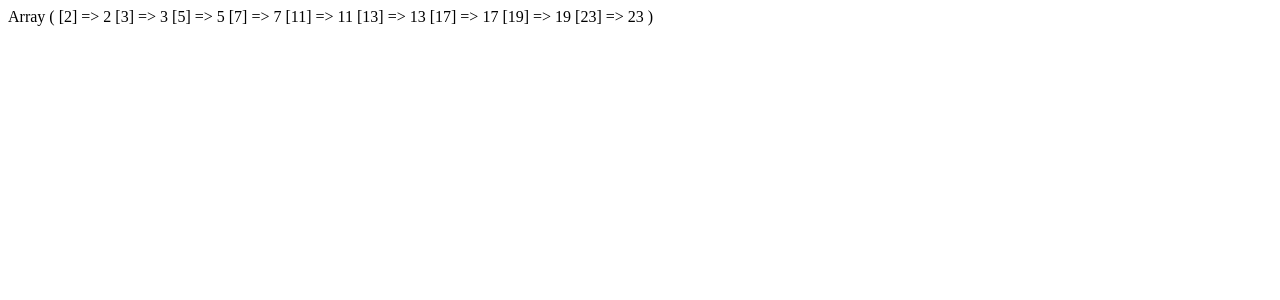
Repository: dklinger/Studium
Page: http://localhost/Primzahl.php
These files come from the project's save history. The page is drawn as it stood at one moment and after the next save; the edit follows.
The browser window is 1280 px wide. The pictures show the whole page.
The page is run by PHP 8.4 with error messages shown; the project is at /var/www/html/.

Above is the page before, as saved 2014-05-22 17:14:56.

After the next save:
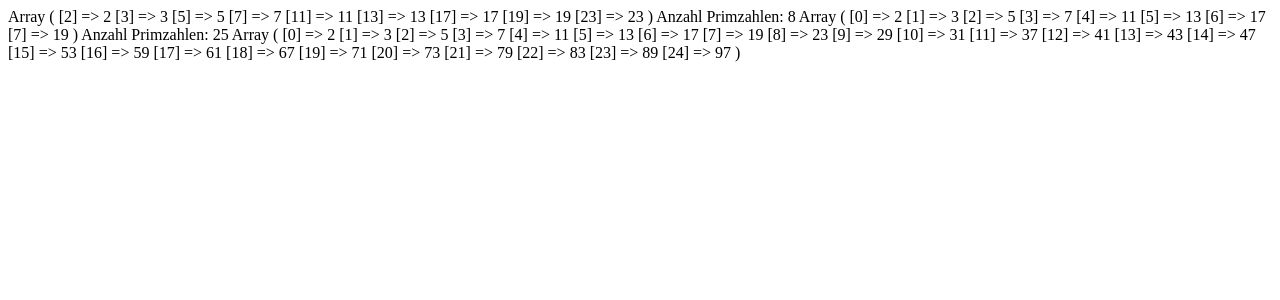
Saved 4 min 53 s later.
--- a/SS2014/Skriptsprachenorientierte Programmiertechnik/Uebungen/Primzahl.php
+++ b/SS2014/Skriptsprachenorientierte Programmiertechnik/Uebungen/Primzahl.php
@@ -22,4 +22,36 @@ function find_primes($finish) {
   return $primes;
 }
 
+
+//---Frank's Lösung
+function SiebDesEratosthenes($limit)
+{
+ $primeList = array();
+
+ for($i = 2; $i < round(sqrt($limit)); $i++)
+ {
+ foreach($primeList as $num)
+ if($i % $num == 0)
+ continue 2;
+
+ $primeList[] = $i;
+ }
+
+ $prime = array();
+ for($i = 2; $i <= $limit; $i++)
+ {
+ foreach($primeList as $num)
+ if(($i != $num) && ($i % $num == 0))
+ continue 2;
+
+ $prime[] = $i;
+ }
+
+ echo "Anzahl Primzahlen: ", count($prime), "\n";
+ print_r($prime);
+}
+
+SiebDesEratosthenes(20);
+SiebDesEratosthenes(100);
+
 ?>
